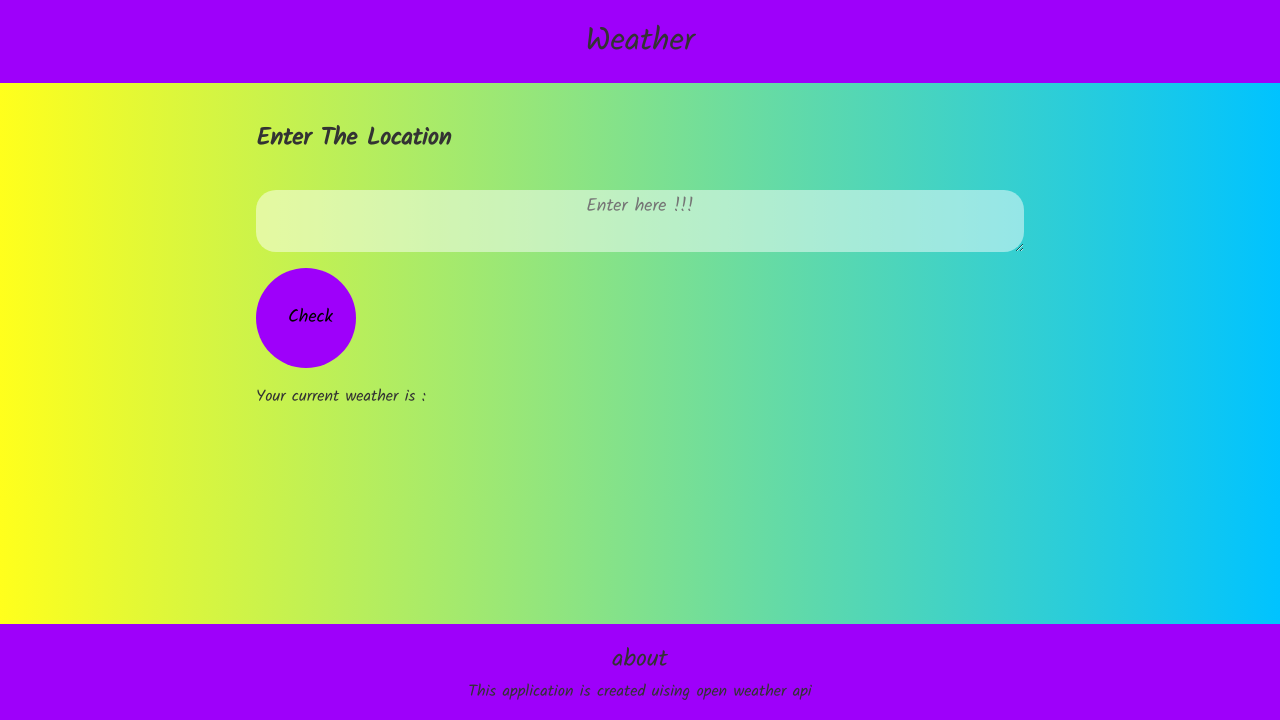
Repository: Irfan-vit/openapi
Page: index.html
These files come from the project's save history. The page is drawn as it stood at one moment and after a run of saves; the edit follows.
The browser window is 1280 px wide. The pictures show the whole page.

Above is the page before, as saved 2021-05-27 23:41:52.

After the next 2 saves:
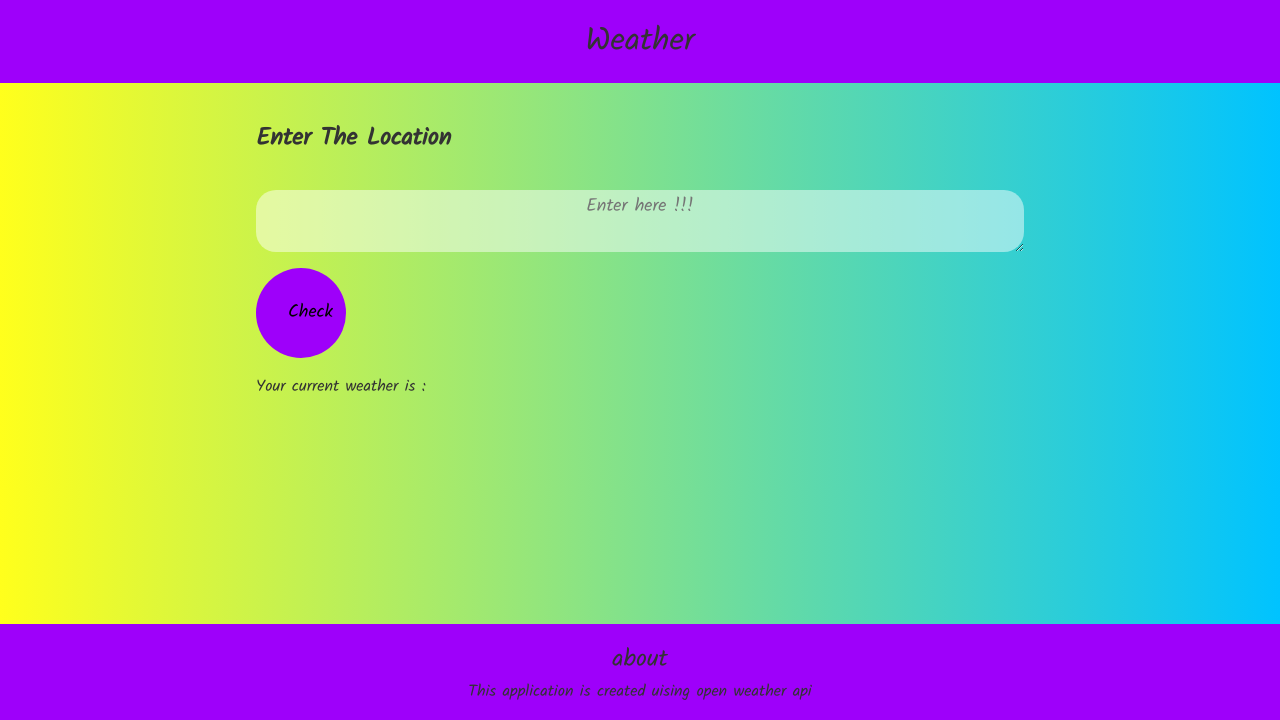
The 2 saves are shown as one change because they came seconds apart.
The last was saved 7 s later.
--- a/style.css
+++ b/style.css
@@ -67,8 +67,8 @@ button {
     font-family: 'Kalam', cursive;
     font-size: large;
     cursor: pointer;
-    height: 100px;
-    width: 100px;
+    height: 90px;
+    width: 90px;
     border-radius: 200px;
 }
 
